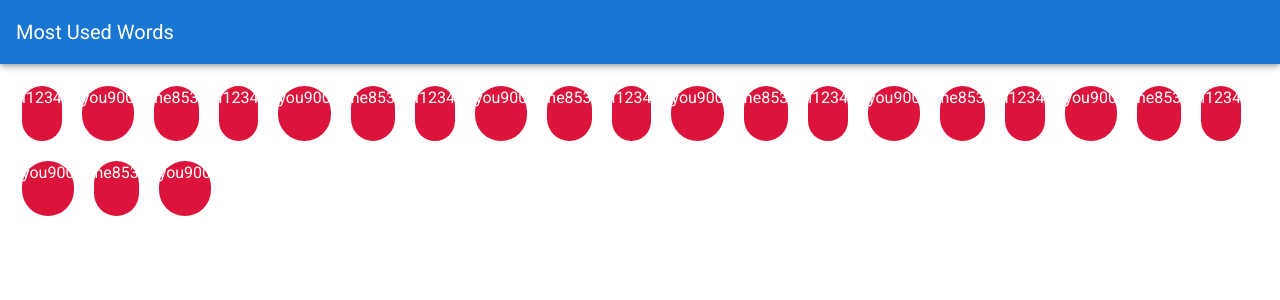
Repository: WillianPer/MOST-USED-WORDS
Page: /
The author's editor kept a copy of each file at every save. The page is drawn from the files as they stood at one save, then again after the next save.
The browser window is 1280 px wide. The pictures show the whole page.
The project was rebuilt for these pictures with package versions that can differ from the ones it lists, and the page was loaded fresh each time. Also part of the build but not shown: vue.config.js.

Above is the page before, as saved 2022-09-05 21:50:07.

After the next save:
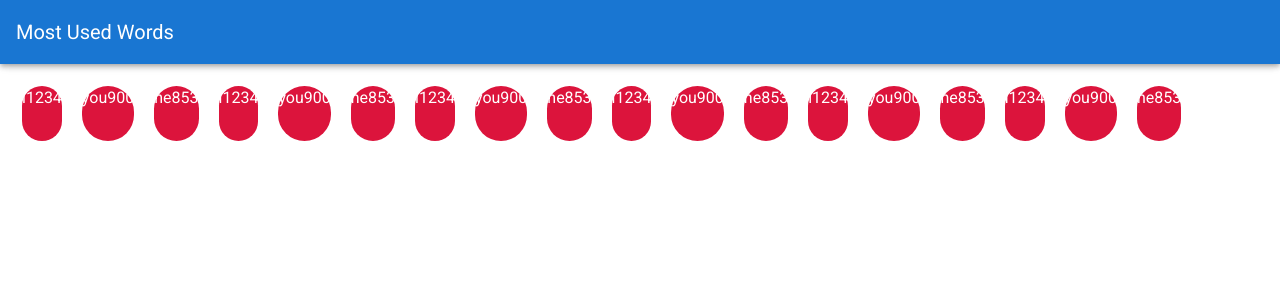
Saved 3 min 20 s later.
--- a/src/components/HomeVue.vue
+++ b/src/components/HomeVue.vue
@@ -32,10 +32,6 @@ export default {
                 { name: "i", amount: 1234 },
                 { name: "you", amount: 900 },
                 { name: "he", amount: 853 },
-                { name: "i", amount: 1234 },
-                { name: "you", amount: 900 },
-                { name: "he", amount: 853 },
-                { name: "you", amount: 900 },
             ]
         }
     }
